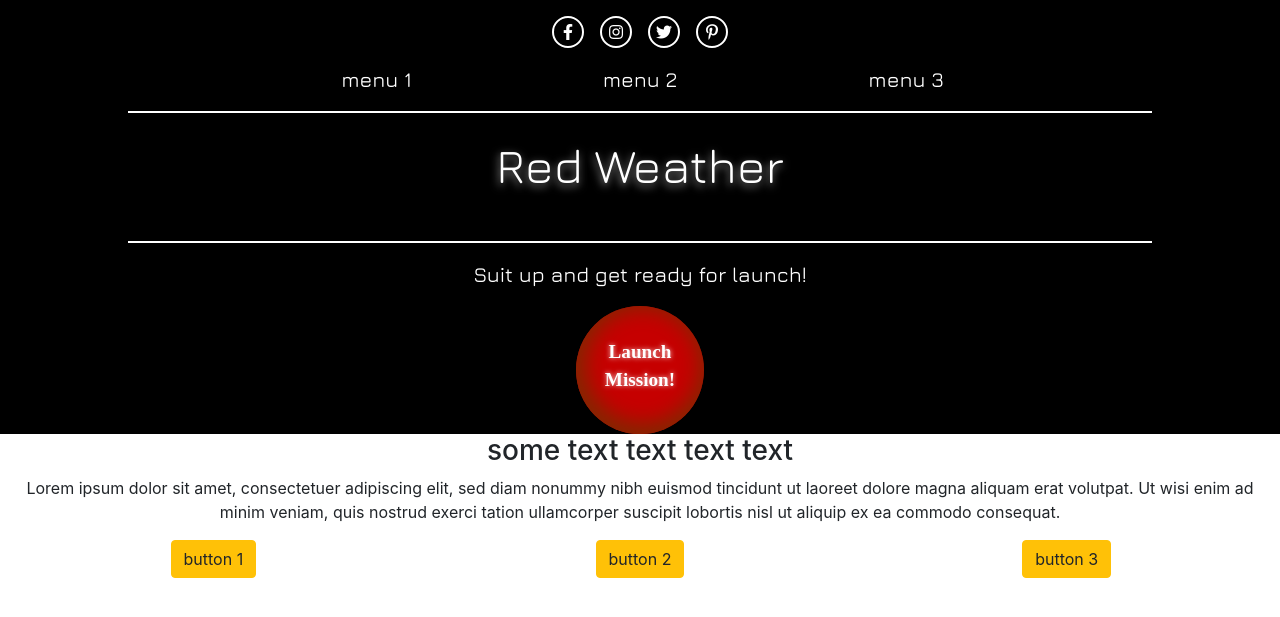
Repository: romqrq/Red-Planet-Explorer
Page: index.html
The author's editor kept a record of every edit. The page is drawn from the files as they stood at one moment, then again after the next edit.
The browser window is 1280 px wide. The pictures show the whole page.
The page's requests for data from a server got no answer. Some web fonts or font styles are not loaded; a fallback is used. Some web libraries are served in a nearby version.

Above is the page before.

After the next edit:
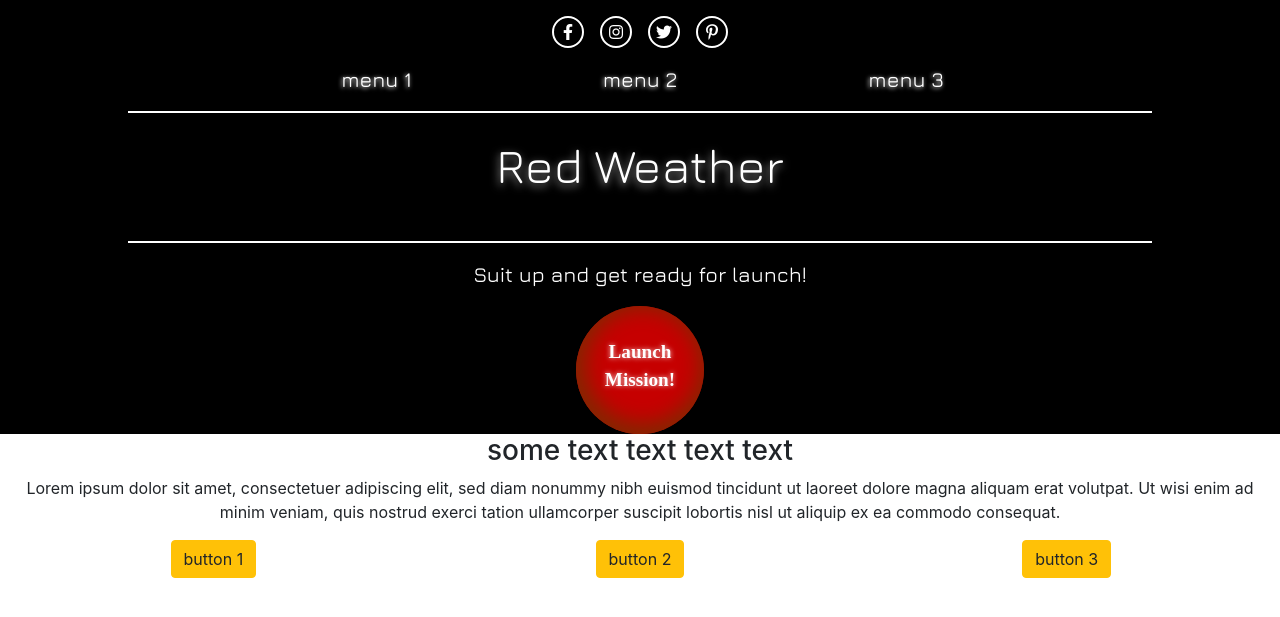
The edit:
--- a/index.html
+++ b/index.html
@@ -27,9 +27,9 @@
                 </div>
             </div>
             <div class="row" role="navigation">
-                <a class="col-4 text-right main-text-light" href="#">menu 1</a>
-                <a class="col-4 text-center main-text-light" href="#">menu 2</a>
-                <a class="col-4 text-left main-text-light" href="#">menu 3</a>
+                <a class="col-4 text-right main-text-light text-shadow" href="#">menu 1</a>
+                <a class="col-4 text-center main-text-light text-shadow" href="#">menu 2</a>
+                <a class="col-4 text-left main-text-light text-shadow" href="#">menu 3</a>
             </div>
             <hr class="hr-divider">
             <div class="row">
